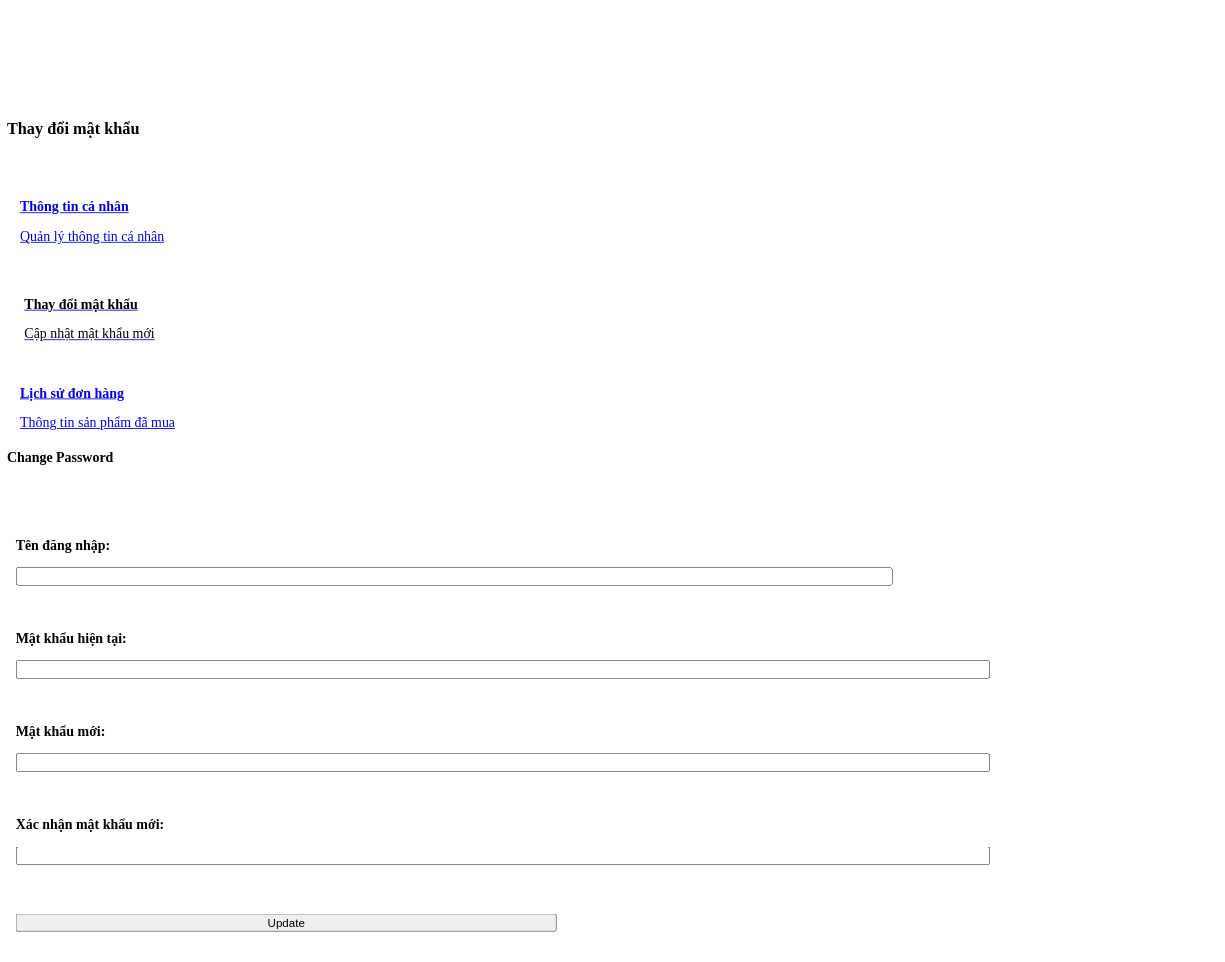
Repository: nguyengiabao245/NHOM3_C2
Page: http://localhost/DoAnJava/WEB-INF/views/account/change.jsp
The author's editor kept a copy of each file at every save. The page is drawn from the files as they stood at one save, then again after the next save.
The browser window is 1280 px wide. The page is 1408 px wide, so the pictures cover 1408 px, including what lies to the right of the window. The pictures show the whole page, at 87% of full size.
The page is served by Tomcat 9. Nobody is signed in. Other server files are loaded and not shown. The template is opened directly, without the code that normally fills it, so the values that code supplies are empty.

Above is the page before, as saved 2022-05-16 06:19:32.

### DoAnJava/src/main/webapp/WEB-INF/views/account/change.jsp
<%@ page pageEncoding="utf-8"%>
<%@ taglib uri="http://www.springframework.org/tags/form" prefix="form"%>
<%@ taglib uri="http://www.springframework.org/tags" prefix="s"%>


<div class="container" style="margin-bottom: 25px;margin-top: 100px">
	<br>


	<h3 class="title" style="font-weight: 700">Thay đổi mật khẩu</h3>
	<br>


	<div class="row">
		<div class="col-sm-4">

			<li class="nav-item2 " style="list-style-type: none;">
				<a class="nav-link collapsed" href="/account/edit" data-toggle="collapse" id="i">
					<div class="row">
						<div class="col-sm-2">
							<i class="fas fa-info-circle" style="font-size: 30px; padding: 12px 5px; color: black;"></i>
						</div>
						<div class="col-sm-10" style="padding: 0px 15px;">
							<span>
								<b>Thông tin cá nhân</b>
								<p>Quản lý thông tin cá nhân</p>
							</span>
						</div>
					</div>
				</a>
			</li>
			<div class="quan-li-thong-tin">
				<li class="nav-item2 active" style="list-style-type: none;">
					<a class="nav-link collapsed" href="/account/change" data-toggle="collapse" data-target="#collapseNews" aria-expanded="true" aria-controls="collapseNews">
						<div class="row">
							<div class="col-sm-2">
								<i class="fas fa-key" style="font-size: 30px; padding: 12px 5px; color: rgb(255, 208, 0);"></i>
							</div>
							<div class="col-sm-10" style="padding: 0px 15px;">
								<span>
								<b>Thay đổi mật khẩu</b>
									<p>Cập nhật mật khẩu mới</p>
								</span>
							</div>
						</div>
					</a>
				</li>
			</div>
			<li class="nav-item2" style="list-style-type: none;">
				<a class="nav-link collapsed" href="/order/list" data-target="#collapseTwo" aria-expanded="true" aria-controls="collapseTwo">
					<div class="row">
						<div class="col-sm-2">
							<i class="fas fa-shopping-cart" style="font-size: 30px; padding: 12px 5px; color: brown;"></i>
						</div>
						<div class="col-sm-10" style="padding: 0px 15px;">
							<span>
							<b>Lịch sử đơn hàng</b>
								<p>Thông tin sản phẩm đã mua</p>
							</span>
						</div>
					</div>
			</a></li>

		</div>

		<div class="col-sm-8">
			<div class="ct1">
				<div>
				<div class="panel panel-default">
						<div class="panel-heading">
							<h4 class="panel-title">Change Password</h4>
						</div>
					<h4 class="label label-success">${message}</h4>
					<form:form action="/account/change" method="post" modelAttribute="form" enctype="multipart/form-data">
						<br>
						<br/>
						<div class="row" style="padding:10px">
							<div class="col-sm-4">
								<p><b>Tên đăng nhập:</b></p>
							</div>
							<div class="frm-item" style="width: 90%;">
								<p>
									<form:input style="width: 90%;" path="id" class="form-control" readonly="true" />
								</p>
							</div>
						</div>
						<div class="row" style="padding:10px">
							<div class="col-sm-4">
								<p><b>Mật khẩu hiện tại:</b></p>
							</div>
							<div class="frm-item">
								<p>
									<input name="pw" type="password" class="form-control" style="width: 90%;" required="required" pattern=".{6,}" title="Mật khẩu phải từ 6 ký tự trở lên"/>
								</p>
							</div>
						</div>
						<div class="row" style="padding:10px">
							<div class="col-sm-4">
								<p><b>Mật khẩu mới:</b></p>
							</div>
							<div class="frm-item">
								<p>
									<input name="pw1" type="password" class="form-control" style="width: 90%;" required="required" pattern=".{6,}" title="Mật khâu phải từ 6 ký tự trở lên"/>
								</p>
							</div>
						</div>
						<div class="row" style="padding:10px">
							<div class="col-sm-4">
								<p><b>Xác nhận mật khẩu mới:</b></p>
							</div>
							<div class="frm-item">
								<p>
									<input name="pw2" type="password" class="form-control" style="width: 90%;" required="required" pattern=".{6,}" title="Mật khẩu phải từ 6 ký tự trở lên"/>
								</p>
							</div>
						</div>
						<div class="row" style="padding:10px">
							<div class="col-sm-4"></div>
							<div class="col-sm-8" style="right: -85px; margin-top: 20px">
								<button class="userauth__btn" style="width: 50%;">Update</button>
							</div>
						</div>
					</form:form>
				</div>
			</div>
		</div>
	</div>
</div>
</div>
<style>
.dang-nhap {
	background-color: white;
	padding: 30px 120px;
	margin: 0 auto;
	width: 60%;
}

.quan-li-thong-tin .active {
	background-color: white;
	width: 110%;
	padding: 10px 5px 0px;
	border-radius: 5px;
}

.gach {
	background-color: blue;
	width: 100px;
}

.quan-li-thong-tin .active span {
	color: black;
}
</style>

After the next save:
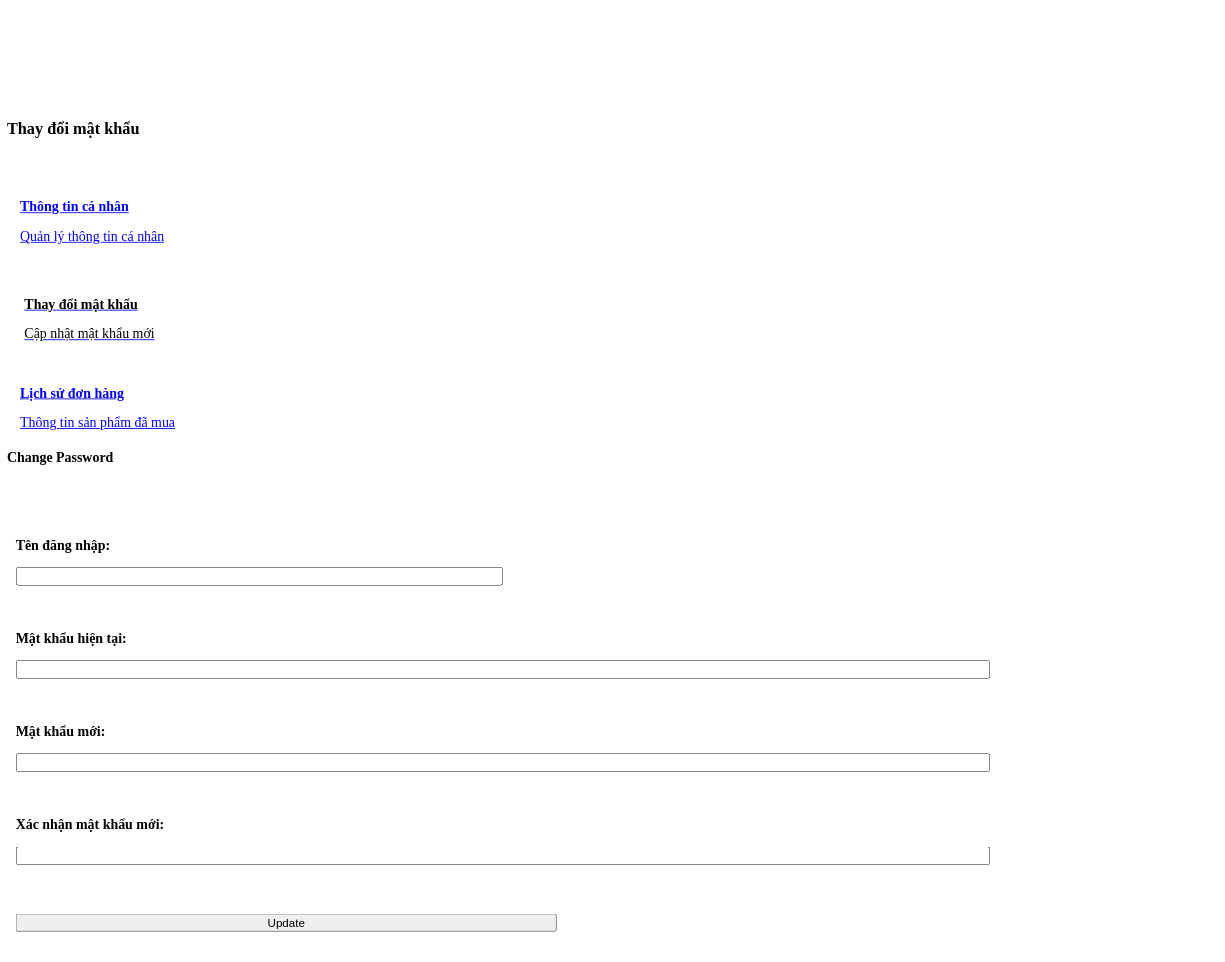
Saved 5 s later.
--- a/DoAnJava/src/main/webapp/WEB-INF/views/account/change.jsp
+++ b/DoAnJava/src/main/webapp/WEB-INF/views/account/change.jsp
@@ -78,7 +78,7 @@
 							<div class="col-sm-4">
 								<p><b>Tên đăng nhập:</b></p>
 							</div>
-							<div class="frm-item" style="width: 90%;">
+							<div class="frm-item" style="width: 50%;">
 								<p>
 									<form:input style="width: 90%;" path="id" class="form-control" readonly="true" />
 								</p>
